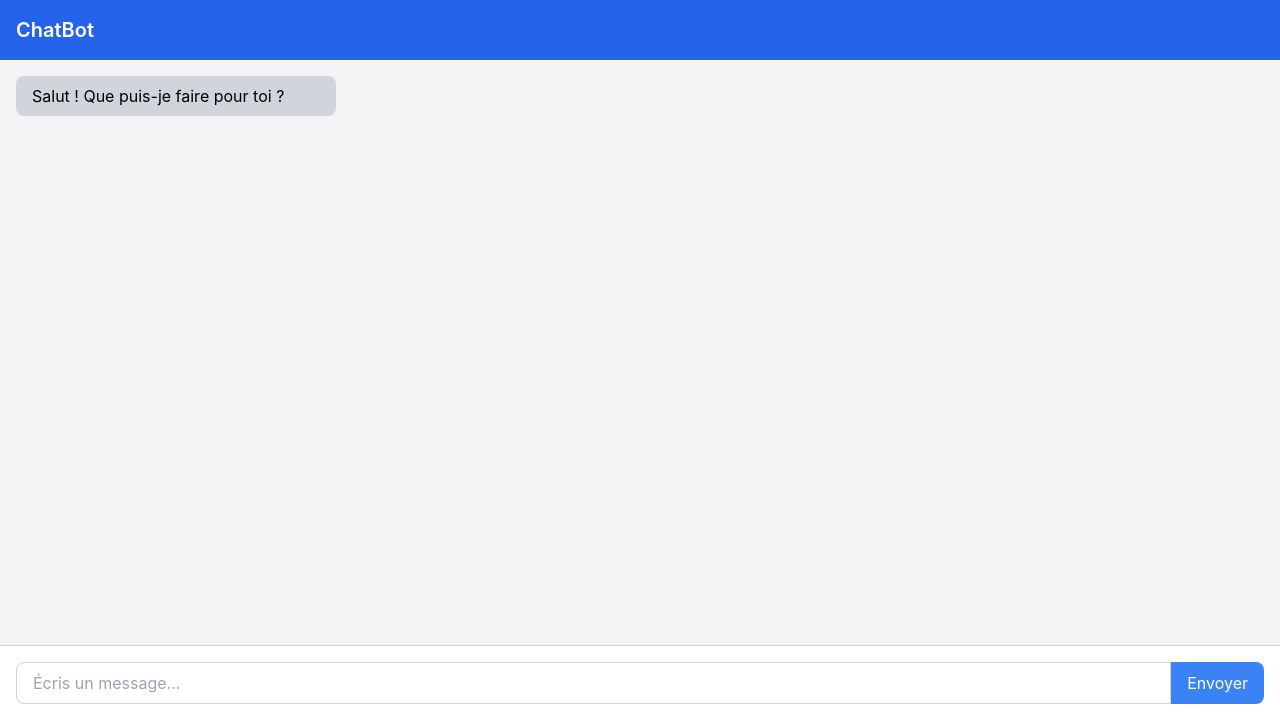
Repository: LeLoustique/majordome-front
Page: /
An editor plug-in stored every save of this project. The page is shown before and after the next save, followed by the edit.
The browser window is 1280 px wide. The pictures show the whole page.
The project was rebuilt for these pictures with package versions that can differ from the ones it lists, and the page was loaded fresh each time.

Above is the page before, as saved 2025-06-13 14:17:03.

After the next save:
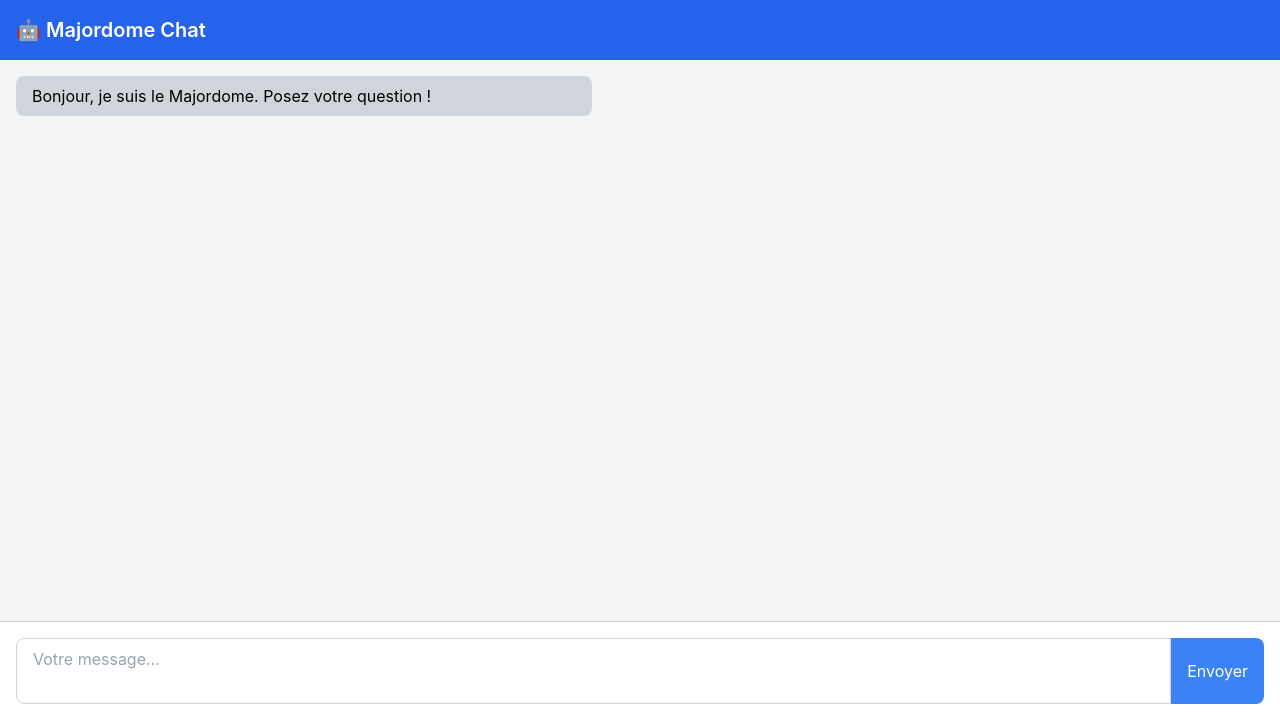
Saved 2 min 38 s later.
--- a/src/App.js
+++ b/src/App.js
@@ -1,38 +1,43 @@
-import React, { useState } from 'react';
+import React, { useState } from "react";
+import { sendMessageToChatController } from "./api";
 
-export default function ChatPage() {
+function App() {
+  const [message, setMessage] = useState("");
   const [messages, setMessages] = useState([
-    { from: 'bot', text: 'Salut ! Que puis-je faire pour toi ?' },
+    { from: "bot", text: "Bonjour, je suis le Majordome. Posez votre question !" },
   ]);
-  const [input, setInput] = useState('');
+  const [loading, setLoading] = useState(false);
 
-  const sendMessage = () => {
-    if (!input.trim()) return;
+  const handleSend = async () => {
+    if (!message.trim()) return;
 
-    // Ajoute ton message
-    setMessages([...messages, { from: 'user', text: input }]);
+    // Affiche le message de l'utilisateur
+    setMessages(prev => [...prev, { from: "user", text: message }]);
+    setLoading(true);
 
-    // Simule une réponse du bot
-    setTimeout(() => {
-      setMessages(prev => [
-        ...prev,
-        { from: 'user', text: input },
-        { from: 'bot', text: `Tu as dit : "${input}"` },
-      ]);
-    }, 500);
+    try {
+      const data = await sendMessageToChatController(message);
+      setMessages(prev => [...prev, { from: "user", text: message }, { from: "bot", text: data }]);
+    } catch (error) {
+      setMessages(prev => [...prev, { from: "bot", text: "Erreur : " + error.message }]);
+    }
 
-    setInput('');
+    setMessage("");
+    setLoading(false);
   };
 
-  const handleKeyPress = (e) => {
-    if (e.key === 'Enter') sendMessage();
+  const handleKeyDown = (e) => {
+    if (e.key === "Enter" && !e.shiftKey) {
+      e.preventDefault();
+      handleSend();
+    }
   };
 
   return (
     <div className="flex flex-col h-screen bg-gray-100">
       {/* Header */}
       <header className="bg-blue-600 text-white p-4 text-xl font-semibold">
-        ChatBot
+        🤖 Majordome Chat
       </header>
 
       {/* Messages */}
@@ -40,10 +45,10 @@ export default function ChatPage() {
         {messages.map((msg, idx) => (
           <div
             key={idx}
-            className={`max-w-xs px-4 py-2 rounded-lg ${
-              msg.from === 'user'
-                ? 'ml-auto bg-blue-500 text-white'
-                : 'mr-auto bg-gray-300 text-black'
+            className={`max-w-xl px-4 py-2 rounded-lg ${
+              msg.from === "user"
+                ? "ml-auto bg-blue-500 text-white"
+                : "mr-auto bg-gray-300 text-black"
             }`}
           >
             {msg.text}
@@ -53,21 +58,26 @@ export default function ChatPage() {
 
       {/* Input */}
       <div className="p-4 bg-white flex border-t border-gray-300">
-        <input
-          type="text"
-          value={input}
-          onChange={(e) => setInput(e.target.value)}
-          onKeyDown={handleKeyPress}
-          placeholder="Écris un message..."
-          className="flex-1 border border-gray-300 rounded-l-lg px-4 py-2 focus:outline-none focus:ring-2 focus:ring-blue-500"
+        <textarea
+          rows={2}
+          value={message}
+          onChange={(e) => setMessage(e.target.value)}
+          onKeyDown={handleKeyDown}
+          placeholder="Votre message..."
+          className="flex-1 border border-gray-300 rounded-l-lg px-4 py-2 focus:outline-none focus:ring-2 focus:ring-blue-500 resize-none"
         />
         <button
-          onClick={sendMessage}
-          className="bg-blue-500 text-white px-4 py-2 rounded-r-lg hover:bg-blue-600"
+          onClick={handleSend}
+          disabled={loading || !message.trim()}
+          className={`${
+            loading ? "bg-blue-300" : "bg-blue-500 hover:bg-blue-600"
+          } text-white px-4 py-2 rounded-r-lg`}
         >
-          Envoyer
+          {loading ? "..." : "Envoyer"}
         </button>
       </div>
     </div>
   );
 }
+
+export default App;
